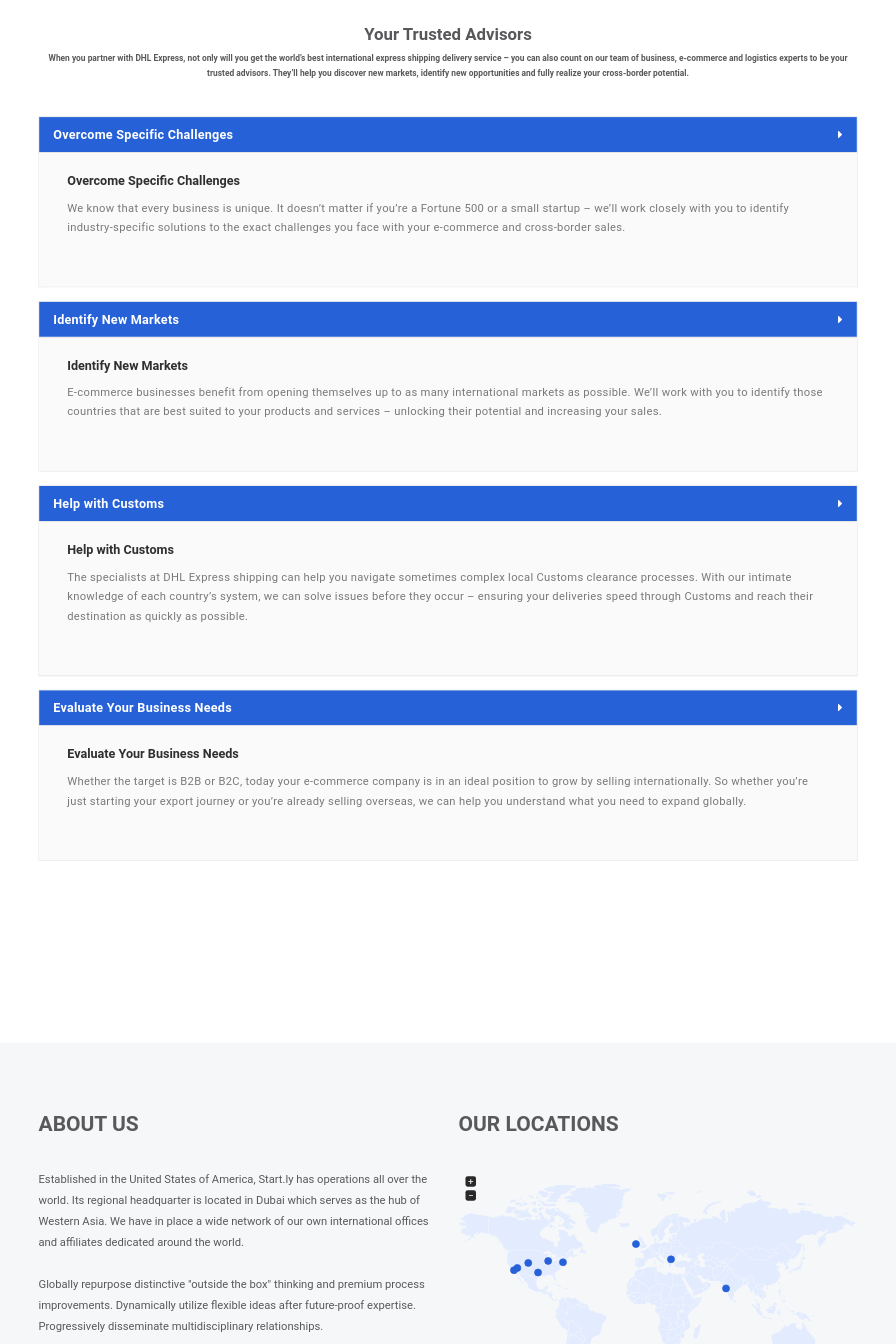
Repository: greatchriz/shipery
Page: http://localhost/
The author's editor kept a copy of each file at every save. The page is drawn from the files as they stood at one save, then again after the next save.
The browser window is 1280 px wide. The pictures show the part of the page from y = 1316 to 3236 px (the page is 4007 px tall before and 3970 px after), at 70% of full size.
The page is served by the project's Laravel application, run on PHP 8.4 with Laravel 10. Other server files are loaded and not shown.

Above is the page before, as saved 2024-02-02 17:47:07.
Console error: TypeError: navbar.affix is not a function

### routes/web.php
<?php

use App\Http\Controllers\ItemController;
use App\Http\Controllers\ProfileController;
use Illuminate\Support\Facades\Route;
use App\Http\Controllers\MainPageController;
use App\Http\Controllers\DashboardController;
/*
|--------------------------------------------------------------------------
| Web Routes
|--------------------------------------------------------------------------
|
| Here is where you can register web routes for your application. These
| routes are loaded by the RouteServiceProvider and all of them will
| be assigned to the "web" middleware group. Make something great!
|
*/

Route::get('/', [MainPageController::class, 'home'])->name('home');
Route::get('/about-us', [MainPageController::class, 'aboutUs'])->name('about-us');
Route::get('/contact-us', [MainPageController::class, 'contactUs'])->name('contact-us');
Route::get('/tracking', [MainPageController::class, 'tracking'])->name('tracking');
Route::post('/track', [ItemController::class, 'show'])->name('track');


Route::get('/dashboard', [DashboardController::class, 'dashboard'])->middleware(['auth', 'verified'])->name('dashboard');

Route::get('/senders', [DashboardController::class, 'senderIndex'])->middleware(['auth', 'verified'])->name('sender.index');

Route::middleware('auth')->group(function () {
    Route::get('/profile', [ProfileController::class, 'edit'])->name('profile.edit');
    Route::patch('/profile', [ProfileController::class, 'update'])->name('profile.update');
    Route::delete('/profile', [ProfileController::class, 'destroy'])->name('profile.destroy');
});

require __DIR__.'/auth.php';

### app/Http/Controllers/MainPageController.php
<?php

namespace App\Http\Controllers;

use App\Models\MainPage;
use Illuminate\Http\Request;

class MainPageController extends Controller
{
    /**
     * Display a listing of the resource.
     */
    public function home()
    {
        return view('welcome');
    }

    /**
     * Show the form for creating a new resource.
     */
    public function aboutUs()
    {
        return view('about');
    }

    public function contactUs()
    {
        return view('contact');
    }


    public function tracking()
    {
        return view('tracking');
    }


    /**
     * Store a newly created resource in storage.
     */
    public function store(Request $request)
    {
        //
    }

    /**
     * Display the specified resource.
     */
    public function show(MainPage $mainPage)
    {
        //
    }

    /**
     * Show the form for editing the specified resource.
     */
    public function edit(MainPage $mainPage)
    {
        //
    }

    /**
     * Update the specified resource in storage.
     */
    public function update(Request $request, MainPage $mainPage)
    {
        //
    }

    /**
     * Remove the specified resource from storage.
     */
    public function destroy(MainPage $mainPage)
    {
        //
    }
}

### resources/views/welcome.blade.php
<x-front-layout>
    <x-sections.main_slider />

    <x-sections.feature_slider />

    <x-sections.main_feature />

    <x-sections.our_blog />

    <section class="open_position_area">
        <div class="container">
            <div class="main_title">
                <h3 style="font-weight: bolder;">Your Trusted Advisors</h3>
                <p style="margin-top: 10px; font-size: 12px; font-weight: bold">When you partner with DHL Express, not only will you get the world’s best international express shipping delivery service – you can also count on our team of business, e-commerce and logistics experts to be your trusted advisors. They’ll help you discover new markets, identify new opportunities and fully realize your cross-border potential.</p>
              </div>
                <div class="open_position_inner">
                        <div
                                class="panel-group"
                                id="job"
                                role="tablist"
                                aria-multiselectable="true"
                        >

                        <x-sections.get_quote id="hc1" href="hcs1" title="Overcome Specific Challenges" content="We know that every business is unique. It doesn’t matter if you’re a Fortune 500 or a small startup – we’ll work closely with you to identify industry-specific solutions to the exact challenges you face with your e-commerce and cross-border sales"/>
                        <x-sections.get_quote id="hc2" href="hcs2" title="Identify New Markets" content="E-commerce businesses benefit from opening themselves up to as many international markets as possible. We’ll work with you to identify those countries that are best suited to your products and services – unlocking their potential and increasing your sales"/>
                        <x-sections.get_quote id="hc3" href="hcs3" title="Help with Customs" content="The specialists at DHL Express shipping can help you navigate sometimes complex local Customs clearance processes. With our intimate knowledge of each country’s system, we can solve issues before they occur – ensuring your deliveries speed through Customs and reach their destination as quickly as possible"/>
                        {{-- create another one --}}
                        <x-sections.get_quote id="hc4" href="hcs4" title="Evaluate Your Business Needs" content="Whether the target is B2B or B2C, today your e-commerce company is in an ideal position to grow by selling internationally. So whether you’re just starting your export journey or you’re already selling overseas, we can help you understand what you need to expand globally"/>



                    </div>
                </div>
        </div>
    </section>



    <x-sections.testimonials_area />

    <x-sections.about_area />

    <x-sections.client_logo_area />

</x-front-layout>

### resources/views/components/sections/feature_slider.blade.php
<section class="feature_slider_area">
    <div class="container">
      <div class="row feature_row">
        <div class="feature_slider_inner owl-carousel">
          <div class="item">
            <div class="feature_s_item">
              <img
                alt=""
                class="svg social-link"
                src="/img/icon/svg/aeroplane.svg" />
              <a href="#">
                <h4>Air Cargo</h4>
              </a>
              <p>
                Whether you need to ship urgent or oversized cargo, we have the expertise and network to deliver it safely and on time. Our air cargo services cover all major airports around the world, with competitive rates and flexible options.
              </p>
            </div>
          </div>
          <div class="item">
            <div class="feature_s_item">
              <img
                alt=""
                class="svg social-link"
                src="/img/icon/svg/ship.svg" />
              <a href="#">
                <h4>Sea Freight</h4>
              </a>
              <p>
                We offer reliable and cost-effective sea freight solutions for any type of cargo, from containers to bulk and project cargo. Our sea freight services include port-to-port, door-to-door, and multimodal transportation, as well as customs clearance and documentation.
              </p>
            </div>
          </div>
          <div class="item">
            <div class="feature_s_item">
              <img
                alt=""
                class="svg social-link"
                src="/img/icon/svg/delivery-truck.svg" />
              <a href="#">
                <h4>Road Transport</h4>
              </a>
              <p>
                We provide efficient and economical road transport solutions for your domestic and cross-border shipments. Our road transport services include full truckload, less than truckload, and express delivery, as well as specialized vehicles and equipment for heavy or fragile cargo.
              </p>
            </div>
          </div>

        </div>
      </div>
    </div>
  </section>

### resources/views/components/sections/main_feature.blade.php
<section class="main_feature_area">
    <div class="left_feature_content">
      <div class="left_feature_inner_text">
        <div class="media">
          <div class="media-left">
            <img
              class="svg social-link"
              src="/img/icon/svg/pointer.svg"
              alt="" />
          </div>
          <div class="media-body">
            <a href="#">
              <h4>Preferential Rates</h4>
            </a>
            <p>
                Our competitive, up-front, volume-based pricing for door-to-door express shipping makes costs predictable and easy to manage.
            </p>
          </div>
        </div>
        <div class="media">
          <div class="media-left">
            <img
              class="svg social-link"
              src="/img/icon/svg/warehouse.svg"
              alt="" />
          </div>
          <div class="media-body">
            <a href="#">
              <h4>Tailored Solutions</h4>
            </a>
            <p>
                From centralized management to API’s and Shopfront integrations, we have expedited shipment creation, monitoring and billing solutions that work for your needs – not ours.
            </p>
          </div>
        </div>
        <div class="media">
          <div class="media-left">
            <img
              class="svg social-link"
              src="/img/icon/svg/route.svg"
              alt="" />
          </div>
          <div class="media-body">
            <a href="#">
              <h4>On Demand Delivery for Shippers</h4>
            </a>
            <p>
                With our global redelivery platform, shippers can reduce failed delivery attempts and provide an outstanding customizable receiver experience.
            </p>
          </div>
        </div>
        <div class="media">
          <div class="media-left">
            <img
              class="svg social-link"
              src="/img/icon/svg/delivery-truck2.svg"
              alt="" />
          </div>
          <div class="media-body">
            <a href="#">
              <h4>E-Commerce Expertise</h4>
            </a>
            <p>
                Whether you’re selling online B2B or B2C, we know how to help you adapt and stay ahead of the global e-commerce curve, so that your business can keep up with the clicks.
            </p>
          </div>
        </div>
      </div>
    </div>
    <div class="right_feature_image">
      <img src="/img/feature-right.jpg" alt="" />
    </div>
  </section>

### resources/views/components/sections/our_blog.blade.php
<section class="our_blog_area">
    <div class="container">
      <div class="main_title">
        <h3 style="font-weight: bolder;">Go Global and Discover the World</h3>
        <p style="margin-top: 10px; font-size: 12px; font-weight: bold">Experience an invaluable collection of original business content produced by our dedicated in-house team of e-commerce and global logistics experts.</p>
      </div>
      <div class="row our_blog_inner">
        @php
            $discover =
                [
                    [
                        'image' => 'discover1.jpeg',
                        'title' => 'Discover Global Markets'
                    ],
                    [
                        'image' => 'discover2.jpeg',
                        'title' => 'Discover the Latest E-Commerce Trends'
                    ],
                    [
                        'image' => 'discover3.jpeg',
                        'title' => 'Discover New Opportunities'
                    ],
                    [
                        'image' => 'discover4.jpeg',
                        'title' => 'Discover the Secrets of Enterpreneurship'
                    ],
                ]
        @endphp

        @foreach ($discover as $item)
            <div class="col-md-3">
                <div class="our_blog_item">
                    <div class="our_blog_img">
                        <img src="/img/{{ $item['image'] }}" alt="">
                    </div>
                    <div class="our_blog_content">
                        <a href="#">
                            {{ $item['title'] }}
                        </a>

                    </div>
                </div>
            </div>
        @endforeach

      </div>
    </div>
  </section>

### resources/views/components/sections/get_quote.blade.php
@props(['id' => 'hc1', 'href' => 'hcs1', 'title' => '', 'content' => ''])
<div class="panel panel-default">


    <div
            class="panel-heading"
            role="tab"
            id="{{ $id }}"
    >
            <h4 class="panel-title">
                    <a
                            role="button"
                            data-toggle="collapse"
                            data-parent="#job"
                            href="#{{ $href }}"

                            aria-expanded="true"
                            aria-controls="{{ $href }}"
                    >
                    {{ $title }}
                            <i
                                    class="fa fa-caret-right"
                                    aria-hidden="true"
                            ></i>
                    </a>
            </h4>
    </div>

    <div
            id="{{ $href }}"
            class="panel-collapse collapse in"
            role="tabpanel"
            aria-labelledby="{{ $id }}"
    >
            <div class="panel-body">
                    <h3 style="font-size: 18px">{{ $title }}</h3>
                    <p style="font-size: 16px">{{ $content}}.</p>

            </div>
    </div>
</div>

### resources/views/components/sections/testimonials_area.blade.php
<section class="testimonials_area">
    <div class="container">
      <div class="testimonials_inner">
        <div class="testimonials_slider owl-carousel">
          <div class="item">
            <img
              class="img-circle"
              src="/img/testimonials/testimonials-1.png"
              alt="" />
            <p>
              Lorem Ipsum is simply dummy text of the printing and typesetting
              industry. Lorem Ipsum has been the industry's standard dummy
              text ever since the 1500s, when an unknown printer took a galley
              of type and scrambled it to make a type specimen book.
            </p>
            <h4>Steve Jobs</h4>
          </div>
          <div class="item">
            <img
              class="img-circle"
              src="/img/testimonials/testimonials-1.png"
              alt="" />
            <p>
              Lorem Ipsum is simply dummy text of the printing and typesetting
              industry. Lorem Ipsum has been the industry's standard dummy
              text ever since the 1500s, when an unknown printer took a galley
              of type and scrambled it to make a type specimen book.
            </p>
            <h4>Jon Anderson</h4>
          </div>
          <div class="item">
            <img
              class="img-circle"
              src="/img/testimonials/testimonials-1.png"
              alt="" />
            <p>
              Lorem Ipsum is simply dummy text of the printing and typesetting
              industry. Lorem Ipsum has been the industry's standard dummy
              text ever since the 1500s, when an unknown printer took a galley
              of type and scrambled it to make a type specimen book.
            </p>
            <h4>Steve Jobs</h4>
          </div>
        </div>
      </div>
    </div>
  </section>

### resources/views/components/sections/about_area.blade.php
<section class="about_area">
    <div class="container">
      <div class="row">
        <div class="col-md-6">
          <div class="about_left_text">
            <h3 class="single_title">About Us</h3>
            <p>
              Established in the United States of America, Start.ly has
              operations all over the world. Its regional headquarter is
              located in Dubai which serves as the hub of Western Asia. We
              have in place a wide network of our own international offices
              and affiliates dedicated around the world.
            </p>
            <p>
              Globally repurpose distinctive "outside the box" thinking and
              premium process improvements. Dynamically utilize flexible ideas
              after future-proof expertise. Progressively disseminate
              multidisciplinary relationships.
            </p>
            <a class="more_btn" href="#"
              >KNOW MORE <i class="fa fa-angle-right"></i
            ></a>
          </div>
        </div>
        <div class="col-md-6">
          <h4 class="single_title">OUR LOCATIONS</h4>

          <div id="jvectormap"></div>
        </div>
      </div>
    </div>
  </section>

### resources/views/components/sections/client_logo_area.blade.php
<section class="client_logo_area">
    <div class="container">
        <div class="client_slider owl-carousel">
            <div class="item">
                <img src="/img/client-logo/client-1.png" alt="" />
            </div>
            <div class="item">
                <img src="/img/client-logo/client-2.png" alt="" />
            </div>
            <div class="item">
                <img src="/img/client-logo/client-3.png" alt="" />
            </div>
            <div class="item">
                <img src="/img/client-logo/client-4.png" alt="" />
            </div>
            <div class="item">
                <img src="/img/client-logo/client-5.png" alt="" />
            </div>
        </div>
    </div>
</section>

### resources/views/components/navigation.blade.php
@props(['active', 'navLink', 'navTitle'])

@php
$classes = ($active ?? false)
    ? 'active'
    : '';
@endphp

<li {{ $attributes->merge(['class' => $classes]) }}>
    <a href="{{ $navLink }}">{{ $navTitle }}</a>
</li>

Loaded but not shown: app/Providers/AppServiceProvider.php (common file); routes/auth.php (common file); app/Http/Controllers/Auth/EmailVerificationPromptController.php (common file); app/Http/Controllers/Controller.php (common file); app/Http/Controllers/Auth/VerifyEmailController.php (common file); public/css/font-awesome.min.css (library); public/css/bootstrap.min.css (library); public/vendors/revolution/css/settings.css (library); public/vendors/revolution/css/layers.css (library); public/vendors/revolution/css/navigation.css (library); public/vendors/animate-css/animate.css (library); public/vendors/owl-carousel/assets/owl.carousel.min.css (common file); public/vendors/magnific-popup/magnific-popup.css (library); public/css/style.css (library); public/js/jquery-2.2.4.js (library); public/vendors/revolution/js/jquery.themepunch.tools.min.js (library); public/vendors/revolution/js/jquery.themepunch.revolution.min.js (library); public/vendors/revolution/js/extensions/revolution.extension.actions.min.js (library); public/vendors/revolution/js/extensions/revolution.extension.video.min.js (library); public/vendors/revolution/js/extensions/revolution.extension.slideanims.min.js (library); public/vendors/revolution/js/extensions/revolution.extension.layeranimation.min.js (library); public/vendors/revolution/js/extensions/revolution.extension.navigation.min.js (library); public/vendors/owl-carousel/owl.carousel.min.js (library); public/vendors/magnific-popup/jquery.magnific-popup.min.js (library); public/vendors/jvectormap/jvectormap.min.js (library); public/vendors/jvectormap/jvectormap-worldmill.js (library); public/js/script.js (library); public/img/icon/svg/route.svg (89 lines, source omitted); public/img/default.svg (1 lines, source omitted); public/img/default-monochrome-footer.svg (1 lines, source omitted); public/img/icon/svg/pointer.svg (64 lines, source omitted); public/img/icon/svg/warehouse.svg (59 lines, source omitted); public/img/icon/svg/delivery-truck.svg (29 lines, source omitted); public/img/icon/svg/ship.svg (37 lines, source omitted); public/img/icon/svg/delivery-truck2.svg (28 lines, source omitted); public/img/icon/svg/aeroplane.svg (26 lines, source omitted); public/js/locations.js (1 lines, source omitted); resources/views/components/sections/main_slider.blade.php (292 lines, source omitted); resources/views/components/front-layout.blade.php (303 lines, source omitted)

After the next save:
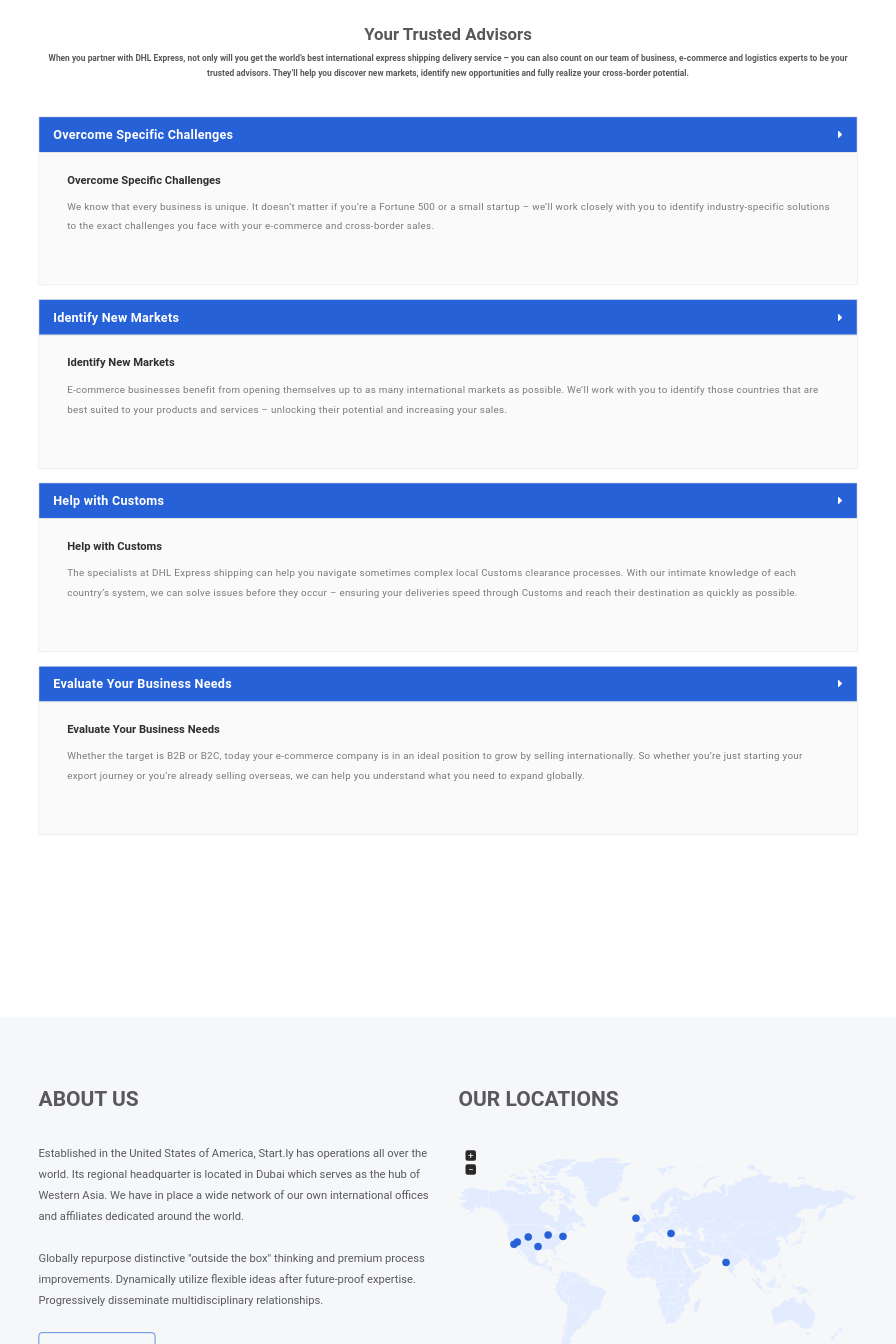
Saved 40 s later.
--- a/resources/views/components/sections/get_quote.blade.php
+++ b/resources/views/components/sections/get_quote.blade.php
@@ -33,8 +33,8 @@
             aria-labelledby="{{ $id }}"
     >
             <div class="panel-body">
-                    <h3 style="font-size: 18px">{{ $title }}</h3>
-                    <p style="font-size: 16px">{{ $content}}.</p>
+                    <h3 style="font-size: 16px">{{ $title }}</h3>
+                    <p style="font-size: 14px">{{ $content}}.</p>
 
             </div>
     </div>
